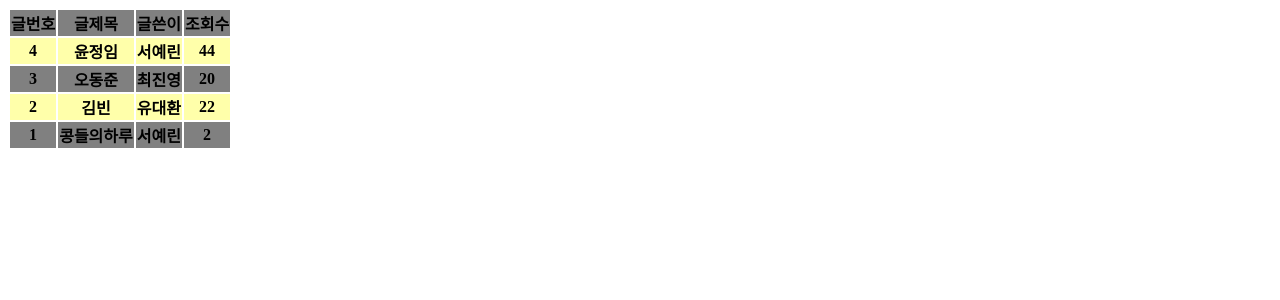
Repository: YERIN0531/SEOYERIN_WEBPRO
Page: gitSource/07_jQuery/jq01/WebContent/05_selector.html
An editor plug-in stored every save of this project. The page is shown before and after the next save, followed by the edit.
The browser window is 1280 px wide. The pictures show the whole page.

Above is the page before, as saved 2022-06-21 01:53:35.

After the next save:
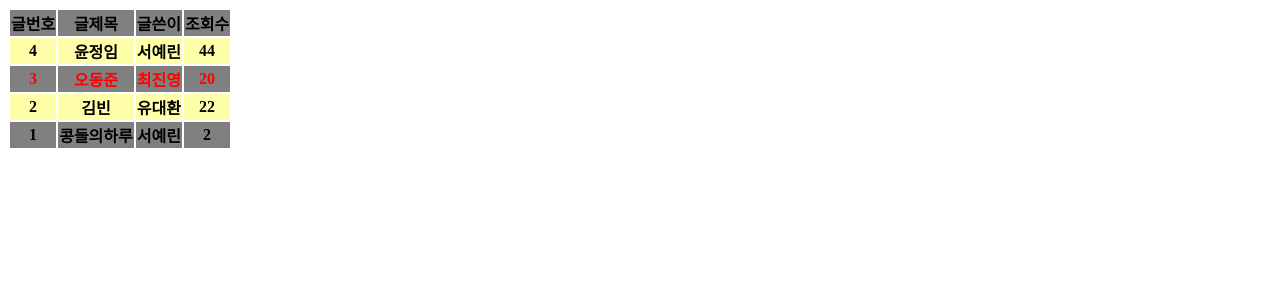
Saved 75 s later.
--- a/gitSource/07_jQuery/jq01/WebContent/05_selector.html
+++ b/gitSource/07_jQuery/jq01/WebContent/05_selector.html
@@ -8,6 +8,7 @@
  $(document).ready(function(){
 	 $('tr:even').css('background-color','gray'); //0번째부터 시작 //even : 짝수번째
 	 $('tr:odd').css('backgroundColor','#FFFFAA'); //odd 홀수번쨰
+	 $('tr:nth-child(3n)').css('color','red'); //1부터 시작
  });
 </script>
 </head>
